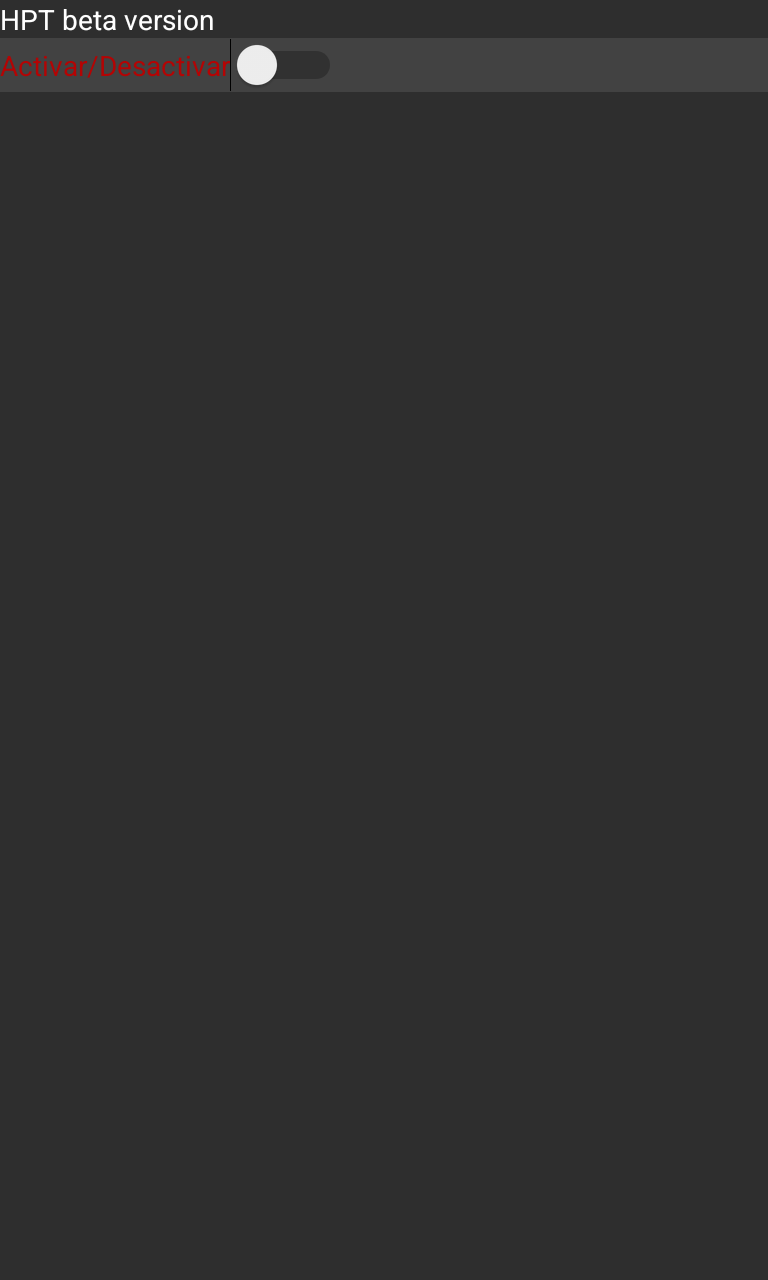
Repository: aludena18/android_apps
Layout: HunterPersonalTrack/res/layout/activity_main.xml
The author's editor kept a copy of each file at every save. The layout is drawn from the files as they stood at one save, then again after the next save.
It is drawn on a 768 x 1280 px phone screen (xhdpi) without system bars, with theme AppTheme; the app's code is not run.

Above is the layout before, as saved 2015-10-14 20:16:59.

After the next save:
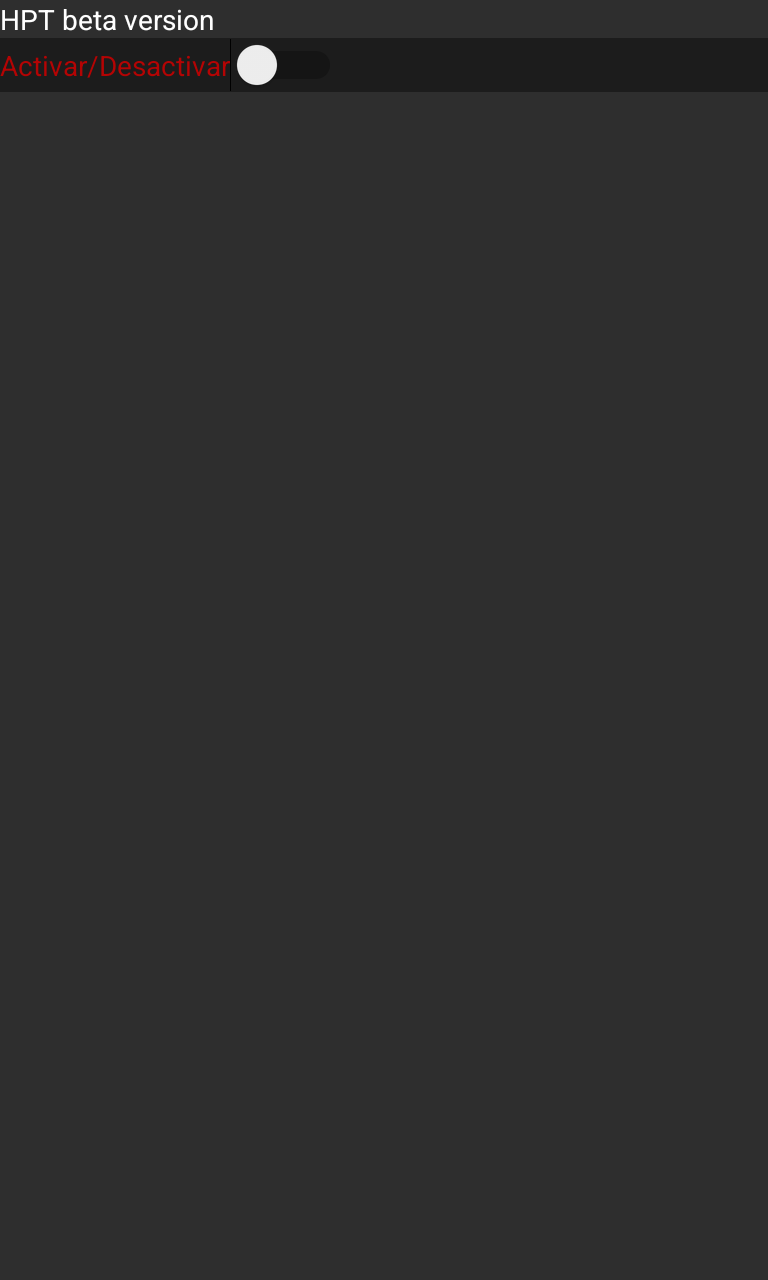
Saved 86 s later.
--- a/HunterPersonalTrack/res/layout/activity_main.xml
+++ b/HunterPersonalTrack/res/layout/activity_main.xml
@@ -15,7 +15,7 @@
     <LinearLayout
         android:layout_width="match_parent"
         android:layout_height="wrap_content"
-        android:background="#424242">
+        android:background="#1C1C1C">
 
         <Switch
 	        android:id="@+id/swtOnOff"
